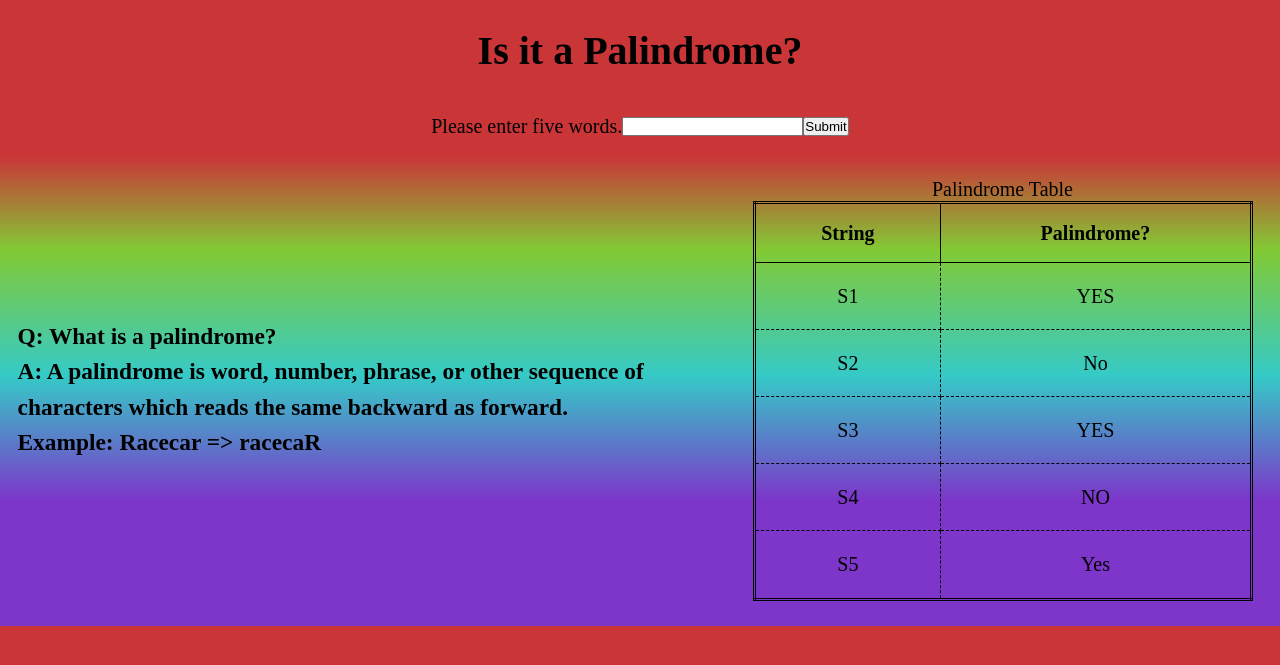
Repository: mlmEFSC21/P18-Palindrome-Table
Page: palindrome.html
An editor plug-in stored every save of this project. The page is shown before and after the next save, followed by the edit.
The browser window is 1280 px wide. The pictures show the whole page.

Above is the page before, as saved 2022-04-03 18:22:42.

### palindrome.html
<!DOCTYPE html>
<html lang="en">
    <head>
        <meta charset="UTF-8" />
        <meta http-equiv="X-UA-Compatible" content="IE=edge" />
        <meta name="viewport" content="width=device-width, initial-scale=1.0" />
        <link rel="stylesheet" href="palindrome.css" />
        <script defer src="palindrome.js"></script>
        <title>Palindrome Table</title>
    </head>
    <body>
        <header class="mainHeader">
            <h1>Is it a Palindrome?</h1>
        </header>
        <div class="mainContent">
            <div class="formContainer" id="formContainer">
                <form class="palindromeForm" id="palindromeForm">
                    <label for="stringInput">Please enter five words.</label>
                    <input
                        type="text"
                        name="stringInput"
                        class="stringInput"
                        id="stringInput"
                        required
                    />
                    <button type="submit" class="submit-btn" id="submit-btn">Submit</button>
                </form>
            </div>
            <div class="tableContainer" id="tableContainer">
                <div class="definition">
                    <h3>
                        <p>Q: What is a palindrome?</p>
                        <p>
                            A: A palindrome is word, number, phrase, or other sequence of characters
                            which reads the same backward as forward.
                        </p>
                        <p>Example: Racecar => racecaR</p>
                    </h3>
                </div>
                <table>
                    <caption>
                        Palindrome Table
                    </caption>
                    <thead>
                        <tr>
                            <th>String</th>
                            <th>Palindrome?</th>
                        </tr>
                    </thead>
                    <tbody>
                        <tr>
                            <td class="string">S1</td>
                            <td class="yes-no">YES</td>
                        </tr>
                        <tr>
                            <td class="string">S2</td>
                            <td class="yes-no">No</td>
                        </tr>
                        <tr>
                            <td class="string">S3</td>
                            <td class="yes-no">YES</td>
                        </tr>
                        <tr>
                            <td class="string">S4</td>
                            <td class="yes-no">NO</td>
                        </tr>
                        <tr>
                            <td class="string">S5</td>
                            <td class="yes-no">Yes</td>
                        </tr>
                    </tbody>
                </table>
            </div>
        </div>
    </body>
</html>

### palindrome.css
*,
*::after,
*::before {
    box-sizing: border-box;
    margin: 0;
    padding: 0;
}
body {
    font-size: 1.25rem;
    background-image: linear-gradient(#ca3538 25%, #82ca35 40%, #35cac7 60%, #7d35ca 80%);
}
header {
    display: flex;
    align-items: center;
    justify-content: center;
    height: 100px;
}
.mainContent {
    display: flex;
    flex-wrap: wrap;
}
.formContainer {
    width: 100vw;
    margin: 10px, auto;
    padding: 15px;
}
form {
    display: flex;
    justify-content: center;
    align-items: center;
}
.tableContainer {
    display: flex;
    justify-content: space-around;
    align-items: space-around;
    padding: 15px;
}
.definition {
    justify-self: center;
    align-self: center;
    flex-wrap: wrap;
    flex-basis: 720px;
    line-height: 1.5;
}
table {
    border-collapse: collapse;
    border: 3px double black;
    margin: 10px;
    padding: 10px;
    width: 500px;
    height: 400px;
    text-align: center;
}
th {
    height: 60px;
    border: 1px solid black;
    padding: 15px;
}
tr,
td {
    height: 30px;
    border: 1px dashed black;
    padding: 10px;
}

Loaded but not shown: palindrome.js (no stored copy; drawn as an empty file)

After the next save:
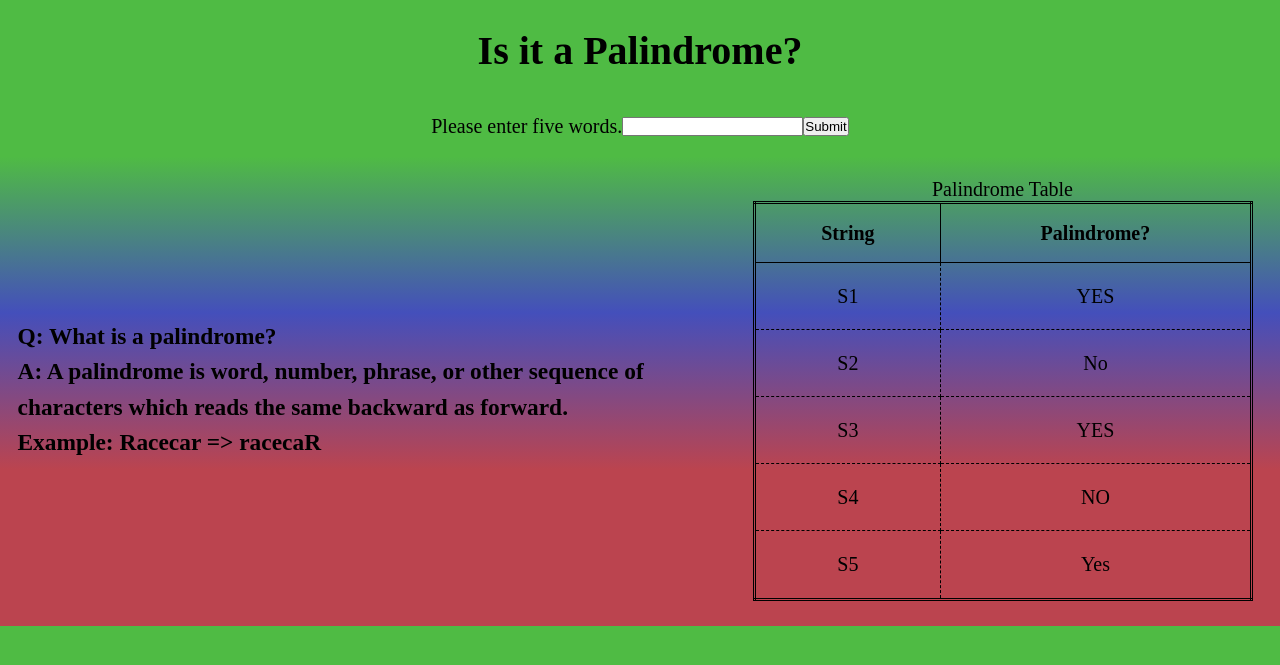
Saved 80 s later.
--- a/palindrome.css
+++ b/palindrome.css
@@ -7,7 +7,7 @@
 }
 body {
     font-size: 1.25rem;
-    background-image: linear-gradient(#ca3538 25%, #82ca35 40%, #35cac7 60%, #7d35ca 80%);
+    background-image: linear-gradient(#4fbb44 25%, #444fbb 50%, #bb444f 75%);
 }
 header {
     display: flex;
